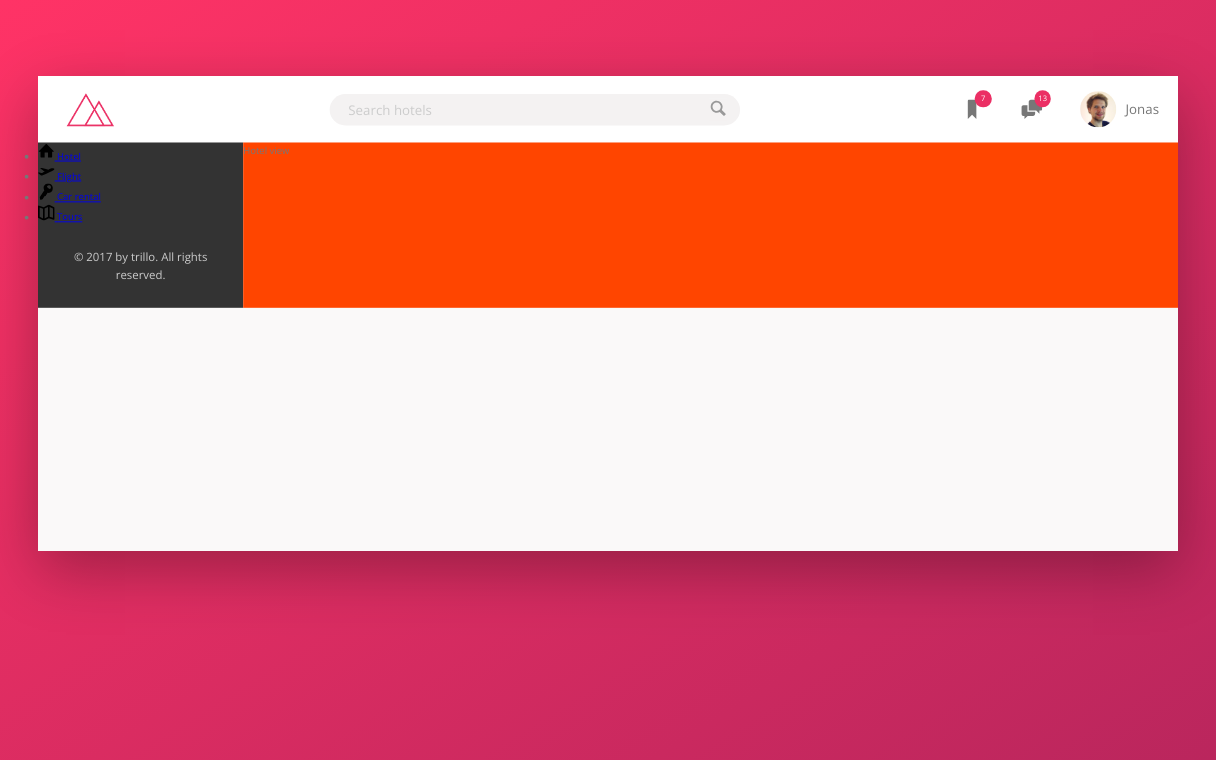
Repository: MalgorzataMazur/Trillo
Page: index.html
The author's editor kept a copy of each file at every save. The page is drawn from the files as they stood at one save, then again after the next save.
The browser window is 1280 px wide. The pictures show the whole page, at 95% of full size.
The style sheet was rebuilt from its Sass, Less or Tailwind sources for each picture, by a compiler version that may differ from the author's.

Above is the page before, as saved 2020-03-26 18:43:34.

### index.html
<!DOCTYPE html>
<html lang="en">
    <head>
        <meta charset="UTF-8">
        <meta name="viewport" content="width=device-width, initial-scale=1.0">

        <link href="https://fonts.googleapis.com/css?family=Open+Sans:300,400,600" rel="stylesheet">
        <link rel="stylesheet" href="css/style.css">
        <link rel="shortcut icon" type="image/png" href="img/favicon.png">

        <title>trillo &mdash; Your all-in-one booking app</title>
    </head>
    <body>
        <div class="container">
            <header class="header">
                <img src="img/logo.png" alt="trillo logo" class="logo">

                <form action="#" class="search">
                    <input type="text" class="search__input" placeholder="Search hotels">
                    <button class="search__button">
                        <svg class="search__icon">
                            <use xlink:href="img/sprite.svg#icon-magnifying-glass"></use> <!--include svg -->
                        </svg>
                    </button>
                </form>

                <nav class="user-nav">
                    <div class="user-nav__icon-box">
                        <svg class="user-nav__icon">
                            <use xlink:href="img/sprite.svg#icon-bookmark"></use>
                        </svg>
                        <span class="user-nav__notification">7</span>
                    </div>
                    <div class="user-nav__icon-box">
                        <svg class="user-nav__icon">
                            <use xlink:href="img/sprite.svg#icon-chat"></use>
                        </svg>
                        <span class="user-nav__notification">13</span>
                    </div>
                    <div class="user-nav__user">
                        <img src="img/user.jpg" alt="User photo" class="user-nav__user-photo">
                        <span class="user-nav__user-name">Jonas</span>
                    </div>
                </nav>
            </header>
            <div class="content">
                <nav class="sidebar">
                    <ul class="side-nav">
                        <li class="side-nav__item">
                            <a href="#" class="side-nav__link">
                                <svg class="side-nav__icon">
                                    <use xlink:href="img/sprite.svg#icon-home"></use>
                                </svg>
                                <span>Hotel</span>
                            </a>
                        </li>
                        <li class="side-nav__item">
                            <a href="#" class="side-nav__link">
                                <svg class="side-nav__icon">
                                    <use xlink:href="img/sprite.svg#icon-aircraft-take-off"></use>
                                </svg>
                                <span>Flight</span>
                            </a>
                        </li>
                        <li class="side-nav__item">
                            <a href="#" class="side-nav__link">
                                <svg class="side-nav__icon">
                                    <use xlink:href="img/sprite.svg#icon-key"></use>
                                </svg>
                                <span>Car rental</span>
                            </a>
                        </li>
                        <li class="side-nav__item">
                            <a href="#" class="side-nav__link">
                                <svg class="side-nav__icon">
                                    <use xlink:href="img/sprite.svg#icon-map"></use>
                                </svg>
                                <span>Tours</span>
                            </a>
                        </li>
                    </ul>

                    <div class="legal">
                        &copy; 2017 by trillo. All rights reserved. <!-- html entity -->
                    </div>
                </nav>
                <main class="hotel-view">
                    Hotel view
                </main>
            </div>

        </div>
    </body>
</html>

### sass/_base.scss
//variable will be avuialable for entire documents here, global parent of elelemnt
:root { //root pseudoclass the same like ktml but higher specifity //css custom proiperties variables I use here define in declaration bloxk remember
    --color-primary: #eb2f64;
    --color-primary-light: #FF3366;
    --color-primary-dark: #BA265D;

    --color-grey-light-1: #faf9f9;
    --color-grey-light-2: #f4f2f2;
    --color-grey-light-3: #f0eeee;
    --color-grey-light-4: #ccc;

    --color-grey-dark-1: #333;
    --color-grey-dark-2: #777;
    --color-grey-dark-3: #999;

    --shadow-dark: 0 2rem 6rem rgba(0,0,0,.3);

}

* { //first global settings *,htm, body
    margin: 0;
    padding: 0;
}

*,
*::before,
*::after {
    box-sizing: inherit;
}

html {
    box-sizing: border-box;
    font-size: 62.5%; //1rem = 10px, 10px/16px = 62.5%
}

body {
    font-family: 'Open Sans', sans-serif;
    font-weight: 400;
    line-height: 1.6;
    color: var(--color-grey-dark-2);
    background-image: linear-gradient(to right bottom, var(--color-primary-light), var(--color-primary-dark)); //gradient from the left top cornet to right bottom corner
    background-size: cover;
    background-repeat: no-repeat; //default is repeat in css

    min-height: 100vh; //min height but if height can be bigger than that will be simply bigger
}

### sass/_layout.scss
.container {
    max-width: 120rem; //container can decrease if hasn't got enough enough space to display our 120rem,;inaczej 1200px i jesli mniej to zajmie 100% szerokosci portu
    margin: 8rem auto;
    background-color: var(--color-grey-light-1);
    box-shadow: var(--shadow-dark);

    min-height: 50rem;
}

.header {
    font-size: 1.4rem;
    height: 7rem;
    background-color: #fff;
    border-bottom: var(--color-grey-light-2);

    display: flex; //cause it is parent element
    justify-content: space-between; // divide empty space between 3 elements
    align-items: center; //wzdłuż osi poprzecznej center
}

.content {
    display: flex;
}

.sidebar {
    background-color: var(--color-grey-dark-1);

    flex: 0 0 18%; //don't want to grow & shrink & we want 18% of width; automatic wil be
}

.hotel-view {
    background-color: #fff;
    background-color: orangered;

    flex: 1; //by using flex 1 element should grow as much as that can; na tyle ile ma przestrzeni
}

### sass/_components.scss
/////////////////////////////////
////LOGO
.logo {
    height: 3.5rem;
    margin-left: 3rem;
}



/////////////////////////////////
////SEARCH
.search {
    flex: 0 0 40%; //grow shrink occupy

    display: flex;//flex item is becoming flex container,; we center loop icon btn
    align-items: center; //center elem along the cross axis
    justify-content: center; //center elem along the main axis

    &__input {
        font-family: inherit;
        font-size: inherit;
        color: inherit;
        background-color: var(--color-grey-light-2);
        border: none;
        border-radius: 100px;
        padding: .7rem 2rem;
        width: 90%;
        transition: all .2s;
        margin-right: -3.25rem; //this way the btn move on top of input

        &:focus {
            outline: none;
            width: 100%;
            background-color: var(--color-grey-light-3);
        }

        &::-webkit-input-placeholder {
            font-weight: 100;
            color: var(--color-grey-light-4);
        }
    }

    &__input:focus + &__button { //sibling, adjust element; the same backgr color
        background-color: var(--color-grey-light-3);
    }

    &__button {
        border: none;
        background-color: var(--color-grey-light-2);

        &:focus {
            outline: none;
        }

        &:active {
            transform: translate(2px);
        }
    }

    &__icon {
        height: 2rem;
        width: 2rem;
        fill: var(--color-grey-dark-3);
}
}



/////////////////////////////////
////USER NAVIGATION
.user-nav {
    align-self: stretch; //żeby one sie rozciagaly, is like align items but for one individual item; ovverite in header align item center

    display: flex; //flex item on the sam etime is flex container
    align-items: center;

    & > * {
        padding: 0 2rem;
        cursor: pointer;
        display: flex;
        height: 100%;
        align-items: center; //when we hoover thy arent on the top; vertical align
   }

    & > *:hover {
        background-color: var(--color-grey-light-2);
    }

    &__icon-box {
        position: relative;
    }

    &__icon {
        height: 2.25rem;
        width: 2.25rem;
        fill: var(--color-grey-dark-2);
    }

    &__notification {
        font-size: .8rem;
        height: 1.75rem;
        width: 1.75rem;
        border-radius: 50%;
        background-color: var(--color-primary);
        color: #fff;
        position: absolute; //parent elememnt is iconbox relative
        top: 1.5rem;
        right: 1.1rem;

        display: flex;
        justify-content: center;
        align-items: center;
    }

    &__user-photo {
        height: 3.75rem;
        border-radius: 50%;
        margin-right: 1rem;
    }
}



/////////////////////////////////
////SIDE NAVIGATION
.side-nav {
    &__item {

    }

    &__link {

    }

    &__icon {
        width: 1.75rem;
        height: 1.75rem;
    }
}



/////////////////////////////////
////LEGAL TEXT
.legal {
    font-size: 1.2rem;
    color: var(--color-grey-light-4);
    text-align: center;
    padding: 2.5rem;
}

Loaded but not shown: sass/main.scss (common file)

After the next save:
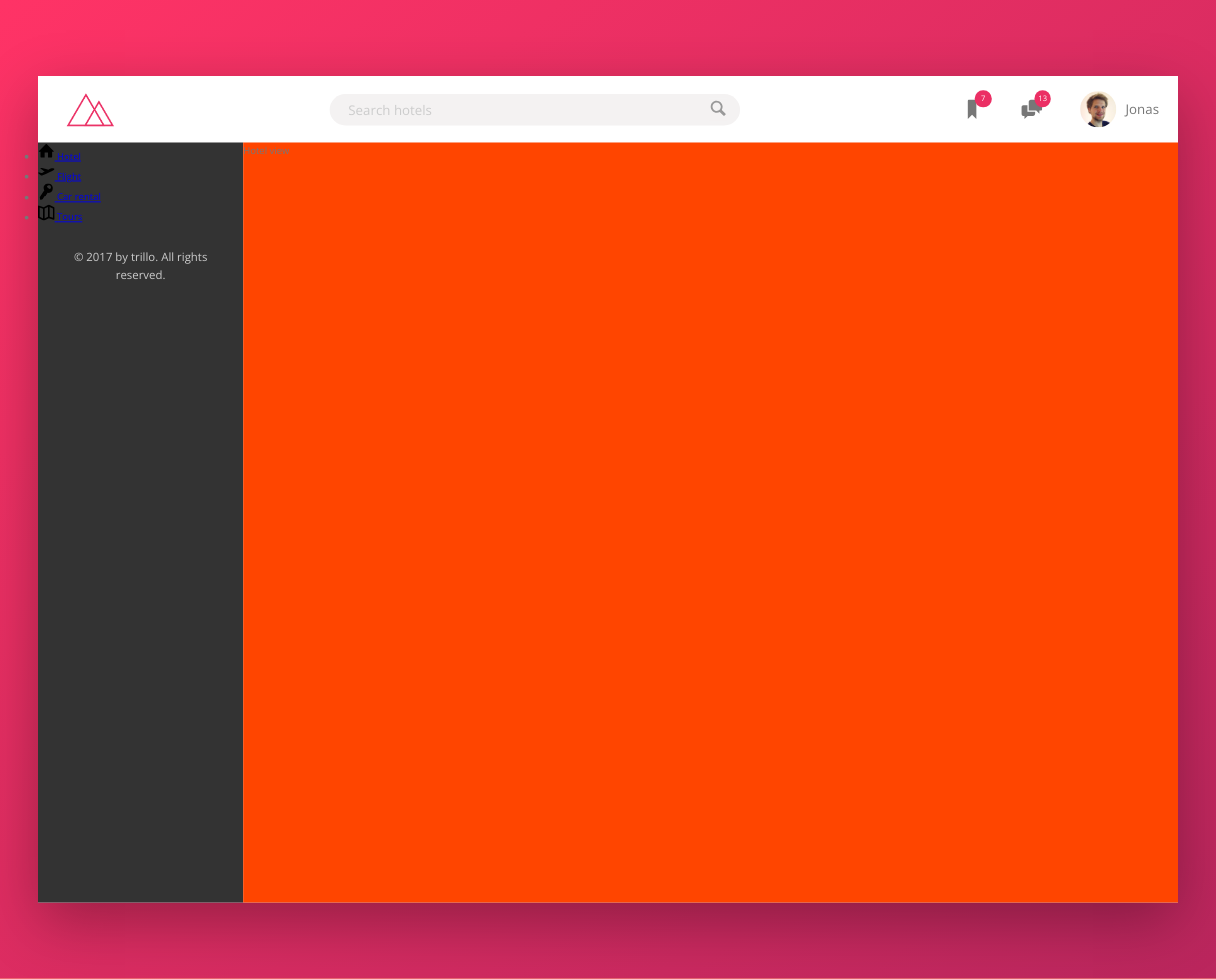
Saved 2 min 31 s later.
--- a/sass/_layout.scss
+++ b/sass/_layout.scss
@@ -30,7 +30,9 @@
 
 .hotel-view {
     background-color: #fff;
+
     background-color: orangered;
+    height: 80rem;
 
     flex: 1; //by using flex 1 element should grow as much as that can; na tyle ile ma przestrzeni
 }
